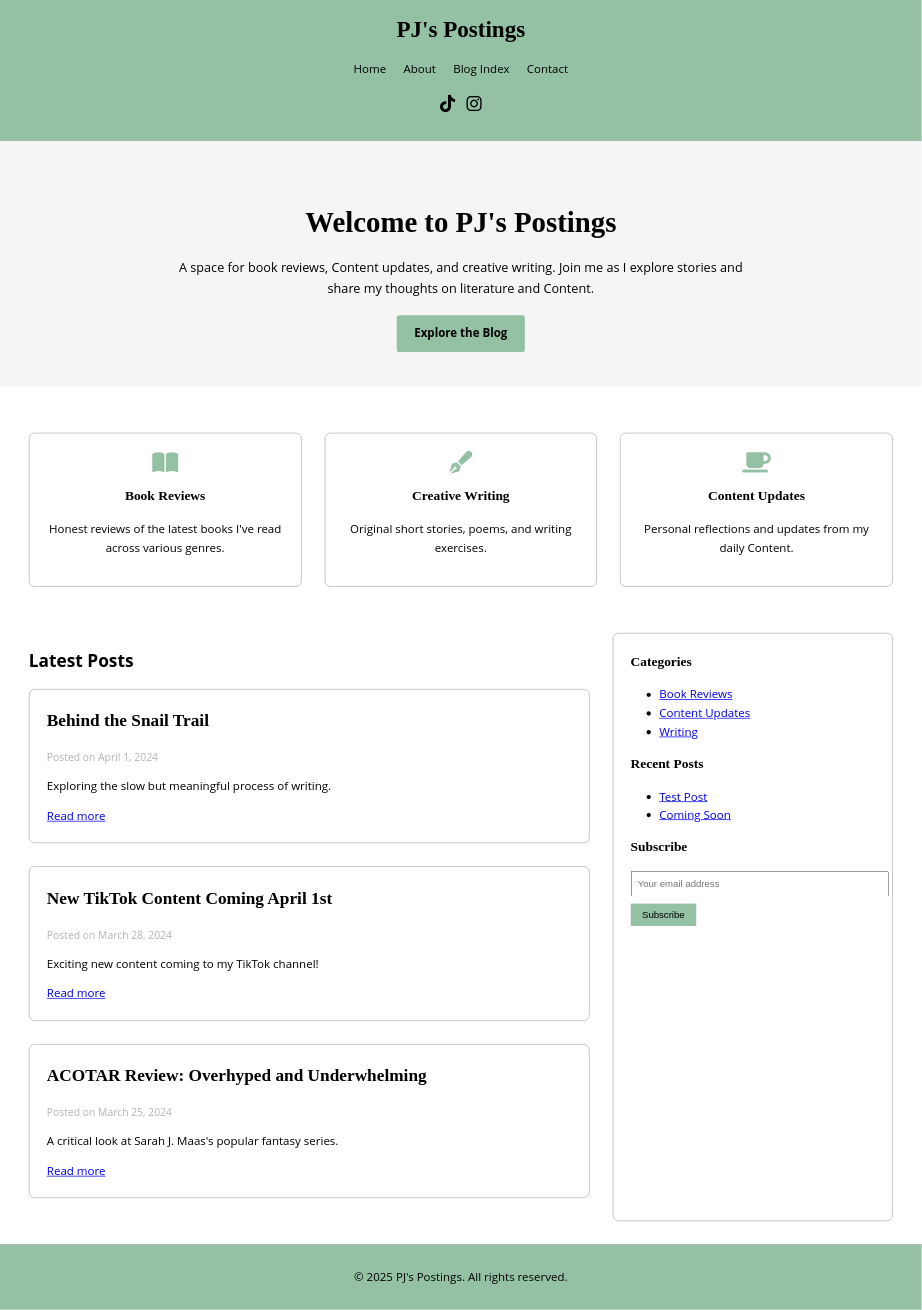
Repository: pjpatrick071/pjpatrick071.github.io
Page: index.html
The author's editor kept a copy of each file at every save. The page is drawn from the files as they stood at one save, then again after a run of saves.
The browser window is 1280 px wide. The pictures show the whole page, at 72% of full size.
Some web fonts or font styles are not loaded; a fallback is used.

Above is the page before, as saved 2025-04-03 19:53:22.

After the next 2 saves:
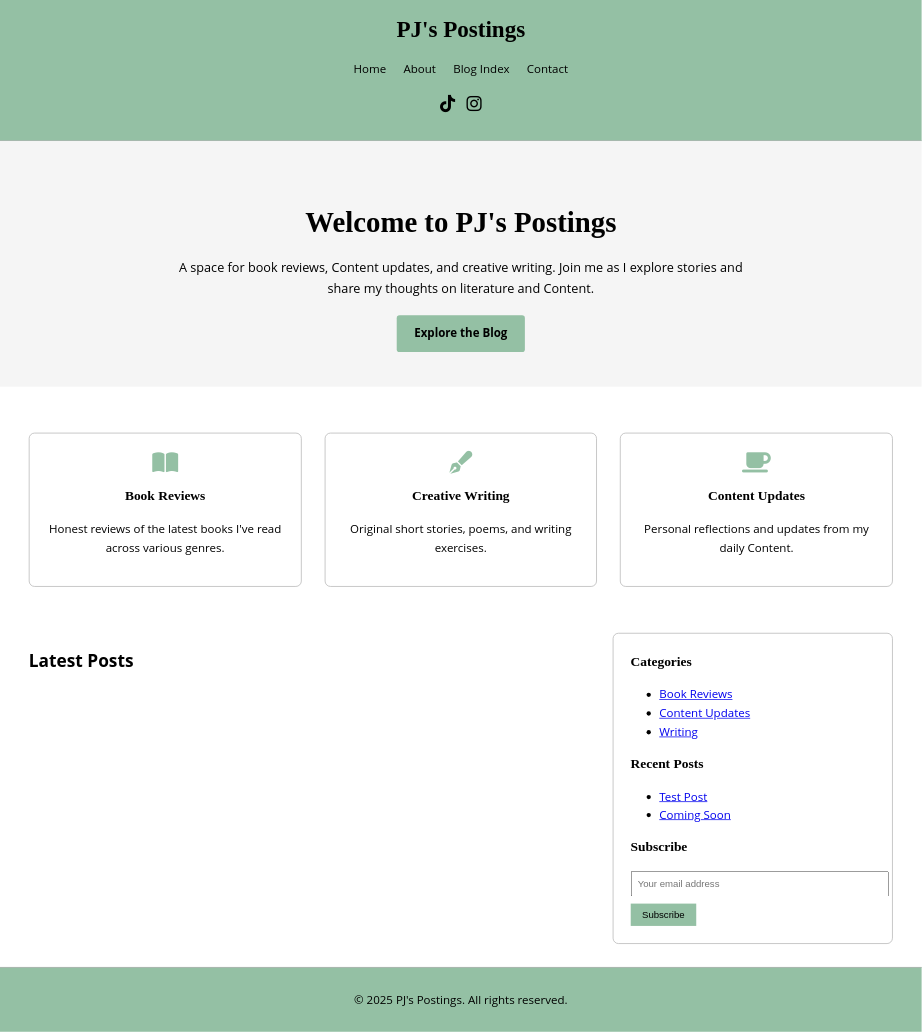
Console error: ReferenceError: allPosts is not defined
The 2 saves are shown as one change because they came seconds apart.
The last was saved 5 min 5 s later.
--- a/index.html
+++ b/index.html
@@ -314,44 +314,7 @@
     <script>
         document.addEventListener('DOMContentLoaded', function() {
             // List of all your blog posts in reverse chronological order
-            const allPosts = [
-                {
-                    title: "New TikTok Content Coming April 1st",
-                    date: "2024-03-28",
-                    url: "posts/new-tiktok.html",
-                    excerpt: "Exciting new content coming to my TikTok channel!"
-                },
-                {
-                    title: "ACOTAR Review: Overhyped and Underwhelming",
-                    date: "2024-03-25",
-                    url: "posts/acotar-review.html",
-                    excerpt: "A critical look at Sarah J. Maas's popular fantasy series."
-                },
-                {
-                    title: "Alternate Universes",
-                    date: "2024-03-15",
-                    url: "posts/alternate-universes.html",
-                    excerpt: "The concept of alternate universes in fiction and how writers can use them effectively."
-                },
-                {
-                    title: "Website Refresh Coming Soon",
-                    date: "2024-03-15",
-                    url: "posts/website-updates.html",
-                    excerpt: "Plans for improving PJ's Postings."
-                },
-                {
-                    title: "LOTR Review: A Timeless Masterpiece",
-                    date: "2024-02-10",
-                    url: "posts/lotr-review.html",
-                    excerpt: "Why Tolkien's epic continues to define the fantasy genre."
-                },
-                {
-                    title: "Behind the Snail Trail",
-                    date: "2024-04-01",
-                    url: "posts/snail-trail.html",
-                    excerpt: "Exploring the slow but meaningful process of writing."
-                }
-            ];
+
 
             // Sort posts by date (newest first)
             allPosts.sort((a, b) => new Date(b.date) - new Date(a.date));

After the save that followed:
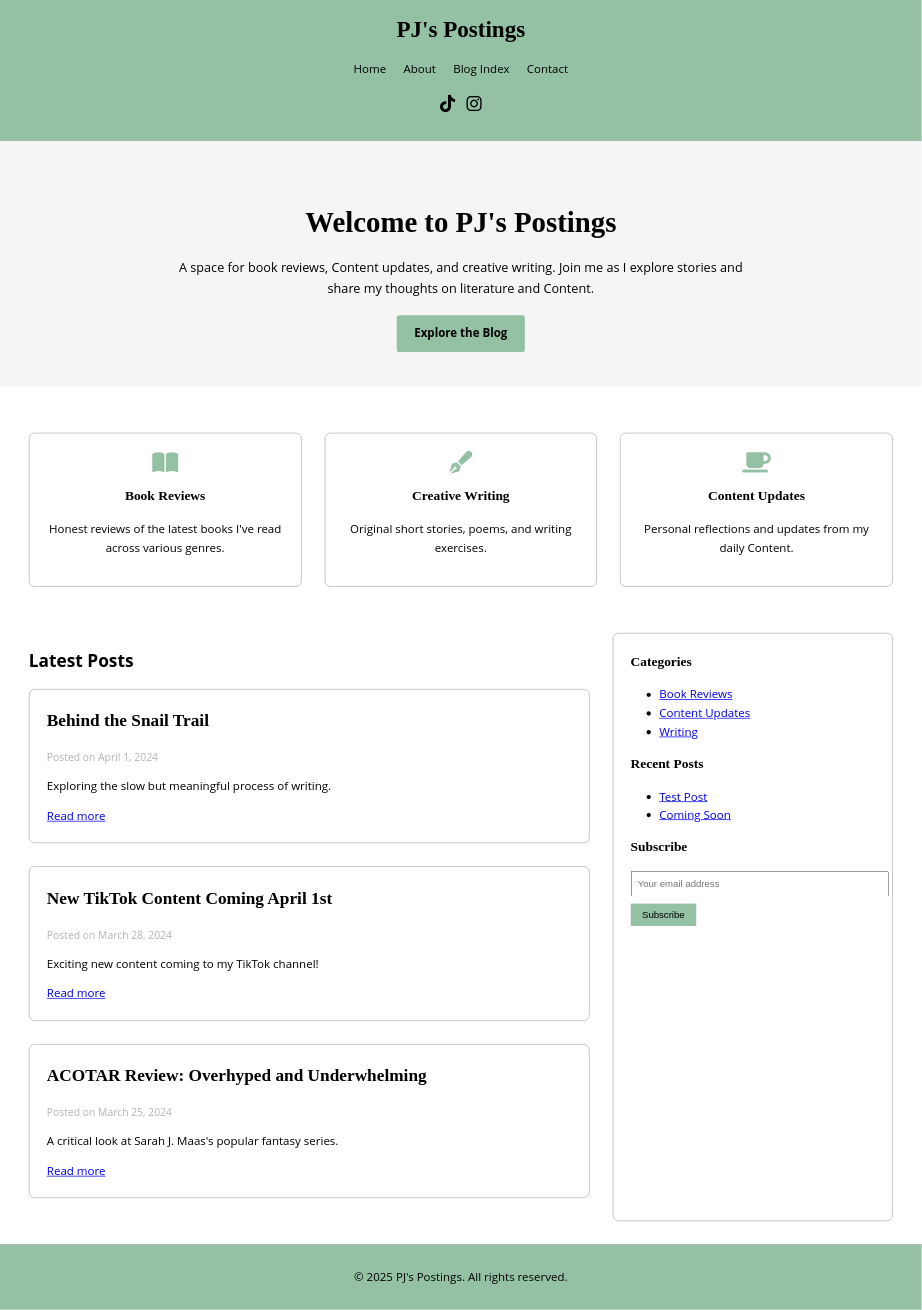
The error is gone.
Saved 15 s later.
--- a/index.html
+++ b/index.html
@@ -314,7 +314,44 @@
     <script>
         document.addEventListener('DOMContentLoaded', function() {
             // List of all your blog posts in reverse chronological order
-
+            const allPosts = [
+                {
+                    title: "New TikTok Content Coming April 1st",
+                    date: "2024-03-28",
+                    url: "posts/new-tiktok.html",
+                    excerpt: "Exciting new content coming to my TikTok channel!"
+                },
+                {
+                    title: "ACOTAR Review: Overhyped and Underwhelming",
+                    date: "2024-03-25",
+                    url: "posts/acotar-review.html",
+                    excerpt: "A critical look at Sarah J. Maas's popular fantasy series."
+                },
+                {
+                    title: "Alternate Universes",
+                    date: "2024-03-15",
+                    url: "posts/alternate-universes.html",
+                    excerpt: "The concept of alternate universes in fiction and how writers can use them effectively."
+                },
+                {
+                    title: "Website Refresh Coming Soon",
+                    date: "2024-03-15",
+                    url: "posts/website-updates.html",
+                    excerpt: "Plans for improving PJ's Postings."
+                },
+                {
+                    title: "LOTR Review: A Timeless Masterpiece",
+                    date: "2024-02-10",
+                    url: "posts/lotr-review.html",
+                    excerpt: "Why Tolkien's epic continues to define the fantasy genre."
+                },
+                {
+                    title: "Behind the Snail Trail",
+                    date: "2024-04-01",
+                    url: "posts/snail-trail.html",
+                    excerpt: "Exploring the slow but meaningful process of writing."
+                }
+            ];
 
             // Sort posts by date (newest first)
             allPosts.sort((a, b) => new Date(b.date) - new Date(a.date));
